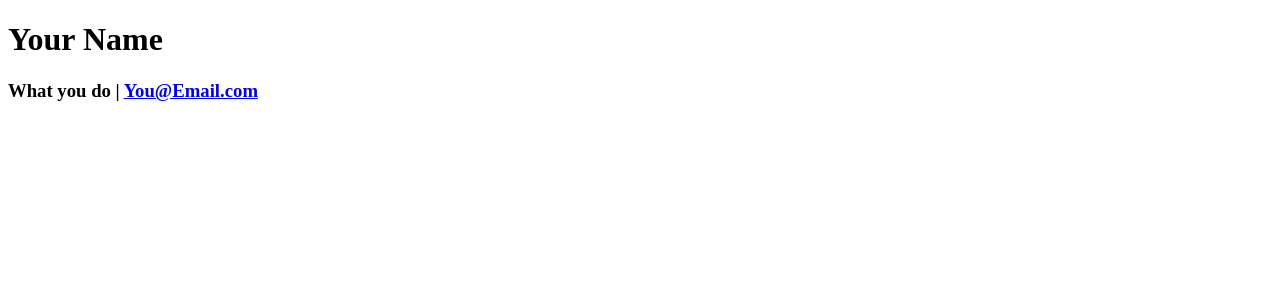
Repository: Syed-A-Shah/Resume
Page: index.html
The author's editor kept a record of every edit. The page is drawn from the files as they stood at one moment, then again after the next edit.
The browser window is 1280 px wide. The pictures show the whole page.

Above is the page before.

### index.html
<!DOCTYPE html>
<html lang="en">
 <head>
   <title>Resume</title>
 </head>
 <body>



   <div class="header" id="headerwrap">
     <div class="container">
       <div class="row centered">
         <div class="col-lg-12">
           <h1>Your Name</h1>
           <h3>What you do |
            <a href="mailto:You@Email.com">You@Email.com</a>
           </h3>
         </div><!--/.col-lg-12-->
       </div><!--/.row-->
     </div><!--/.container-->
   </div><!--/.#headerwrap-->


</body>
</html>

After the next edit:
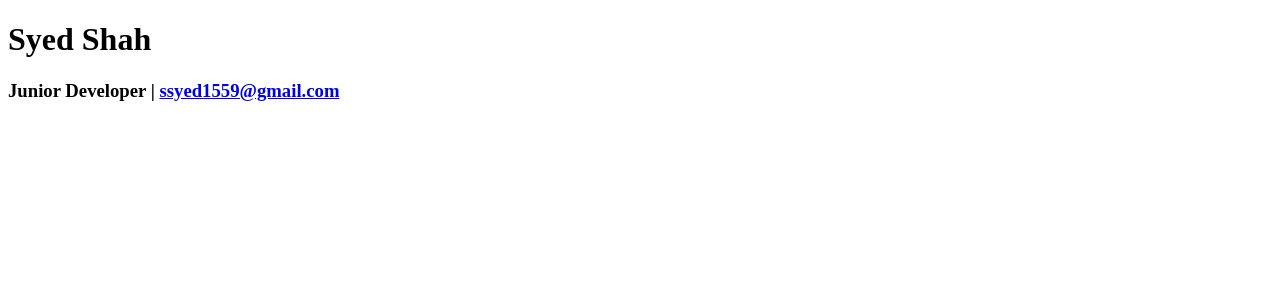
The edit:
--- a/index.html
+++ b/index.html
@@ -11,9 +11,9 @@
      <div class="container">
        <div class="row centered">
          <div class="col-lg-12">
-           <h1>Your Name</h1>
-           <h3>What you do |
-            <a href="mailto:You@Email.com">You@Email.com</a>
+           <h1>Syed Shah</h1>
+           <h3>Junior Developer |
+            <a href="mailto:ssyed1559@gmail.com">ssyed1559@gmail.com</a>
            </h3>
          </div><!--/.col-lg-12-->
        </div><!--/.row-->
